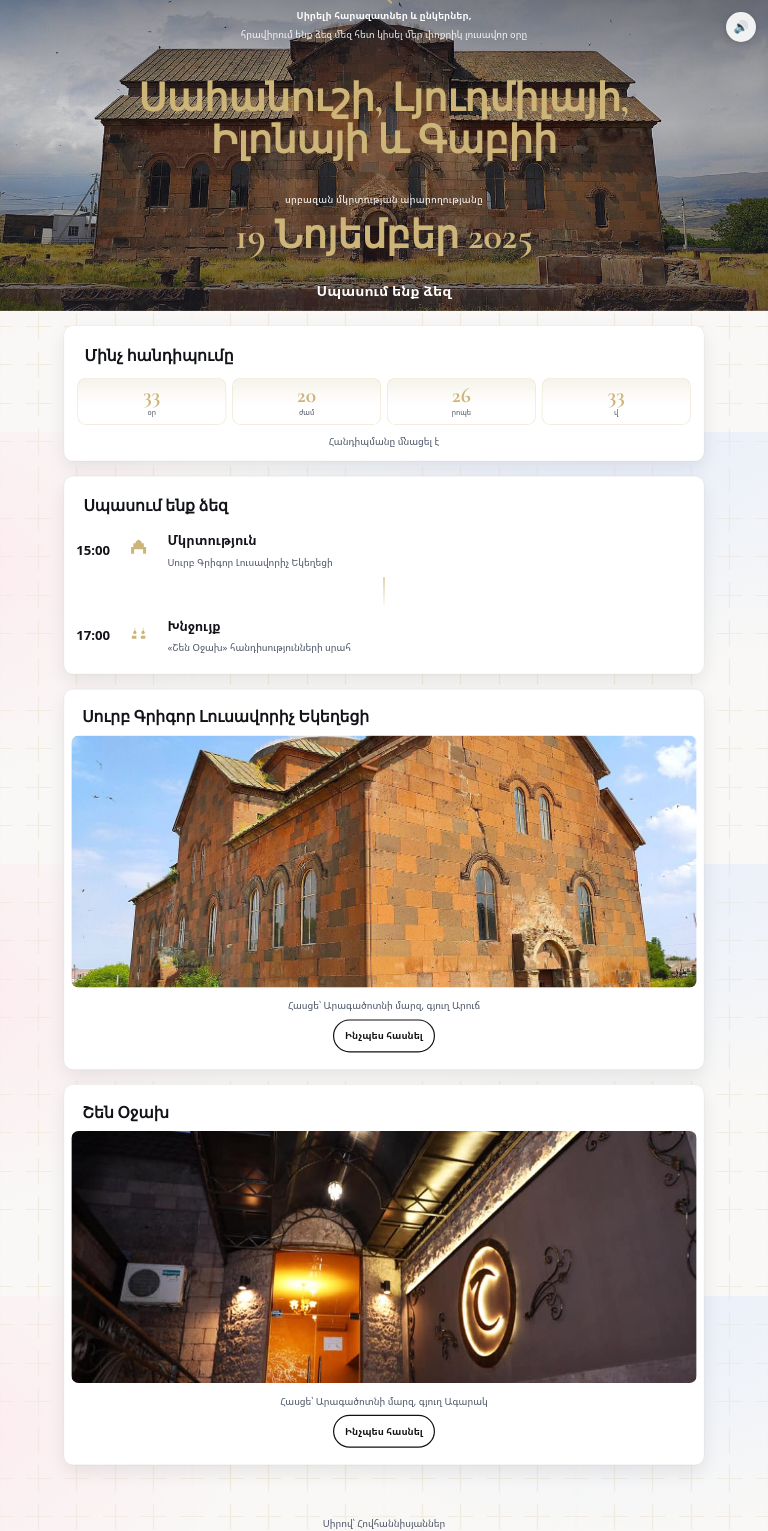
Repository: vardgeshakobyann/hraviratoms
Page: index.html
An editor plug-in stored every save of this project. The page is shown before and after the next save, followed by the edit.
The browser window is 1280 px wide. The pictures show the whole page, at 60% of full size.
Backgrounds fixed to the window are drawn as part of the page.

Above is the page before, as saved 2025-10-18 09:27:45.

After the next save:
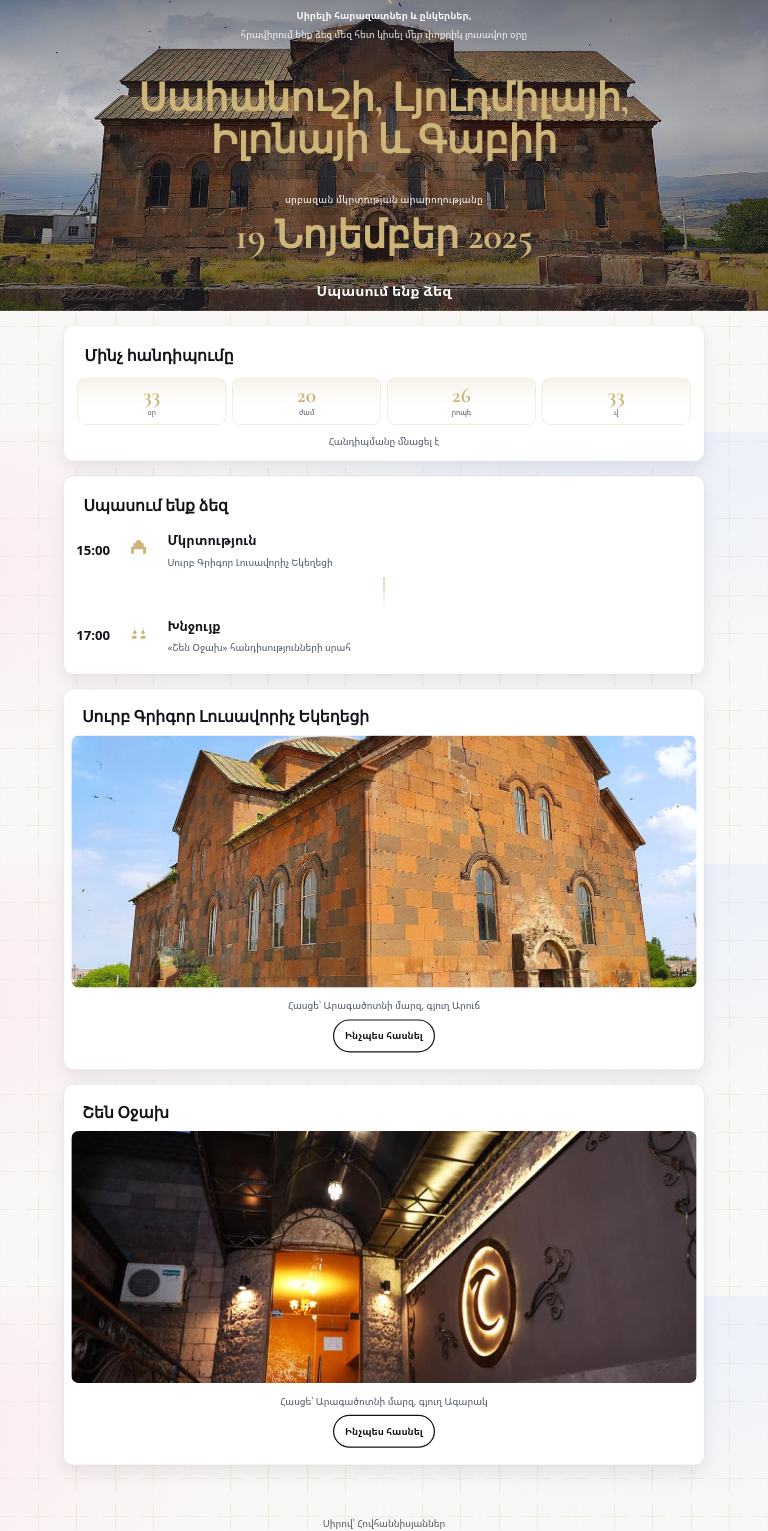
Saved 59 s later.
--- a/script.js
+++ b/script.js
@@ -8,65 +8,20 @@ function initBackgroundMusic() {
   backgroundMusic.src = 'audio/audio1.mp3';
   backgroundMusic.loop = true;
   backgroundMusic.volume = 0.3; // 30% volume
-
-  // Create music control button
-  const musicButton = document.createElement('button');
-  musicButton.id = 'musicToggle';
-  musicButton.innerHTML = '🔊';
-  musicButton.style.cssText = `
-    position: fixed;
-    top: 20px;
-    right: 20px;
-    z-index: 1000;
-    background: rgba(255, 255, 255, 0.9);
-    border: none;
-    border-radius: 50%;
-    width: 50px;
-    height: 50px;
-    font-size: 20px;
-    cursor: pointer;
-    box-shadow: 0 2px 10px rgba(0,0,0,0.2);
-    transition: all 0.3s ease;
-  `;
-
-  document.body.appendChild(musicButton);
+  backgroundMusic.preload = 'auto';
 
   // Try to start music automatically
   const startMusic = async () => {
     try {
-      // Set volume before playing
       backgroundMusic.volume = 0.3;
       await backgroundMusic.play();
-      musicButton.innerHTML = '🔊';
-      musicButton.style.opacity = '1';
       isMusicPlaying = true;
       console.log('Music started automatically');
     } catch (error) {
-      console.log('Autoplay failed, user interaction required');
-      musicButton.innerHTML = '🎵';
-      musicButton.style.opacity = '0.5';
+      console.log('Autoplay failed, will retry on user interaction');
       isMusicPlaying = false;
     }
   };
-
-  // Music toggle functionality
-  musicButton.addEventListener('click', async () => {
-    try {
-      if (isMusicPlaying) {
-        backgroundMusic.pause();
-        musicButton.innerHTML = '🎵';
-        musicButton.style.opacity = '0.5';
-        isMusicPlaying = false;
-      } else {
-        await backgroundMusic.play();
-        musicButton.innerHTML = '🔊';
-        musicButton.style.opacity = '1';
-        isMusicPlaying = true;
-      }
-    } catch (error) {
-      console.log('Music play failed:', error);
-    }
-  });
 
   // Handle page visibility changes
   document.addEventListener('visibilitychange', () => {
@@ -77,20 +32,30 @@ function initBackgroundMusic() {
     }
   });
 
-  // Start music when ready
-  backgroundMusic.addEventListener('canplaythrough', startMusic);
-
-  // Try to start immediately (for browsers that allow it)
-  startMusic();
-
-  // Try again after a short delay
-  setTimeout(startMusic, 100);
-  setTimeout(startMusic, 500);
-
-  // Try to start on any user interaction
+  // Multiple attempts to start music automatically
+  const attemptAutoStart = () => {
+    if (!isMusicPlaying) {
+      startMusic();
+    }
+  };
+
+  // Try to start immediately
+  attemptAutoStart();
+
+  // Try when audio is ready
+  backgroundMusic.addEventListener('canplaythrough', attemptAutoStart);
+  backgroundMusic.addEventListener('loadeddata', attemptAutoStart);
+
+  // Multiple retry attempts
+  setTimeout(attemptAutoStart, 100);
+  setTimeout(attemptAutoStart, 300);
+  setTimeout(attemptAutoStart, 1000);
+  setTimeout(attemptAutoStart, 2000);
+
+  // Try to start on any user interaction (as fallback)
   const tryStartOnInteraction = () => {
     if (!isMusicPlaying) {
-      startMusic();
+      attemptAutoStart();
     }
   };
 
@@ -98,6 +63,8 @@ function initBackgroundMusic() {
   document.addEventListener('click', tryStartOnInteraction, { once: true });
   document.addEventListener('touchstart', tryStartOnInteraction, { once: true });
   document.addEventListener('keydown', tryStartOnInteraction, { once: true });
+  document.addEventListener('mousemove', tryStartOnInteraction, { once: true });
+  document.addEventListener('scroll', tryStartOnInteraction, { once: true });
 }
 
 // Initialize music when page loads
